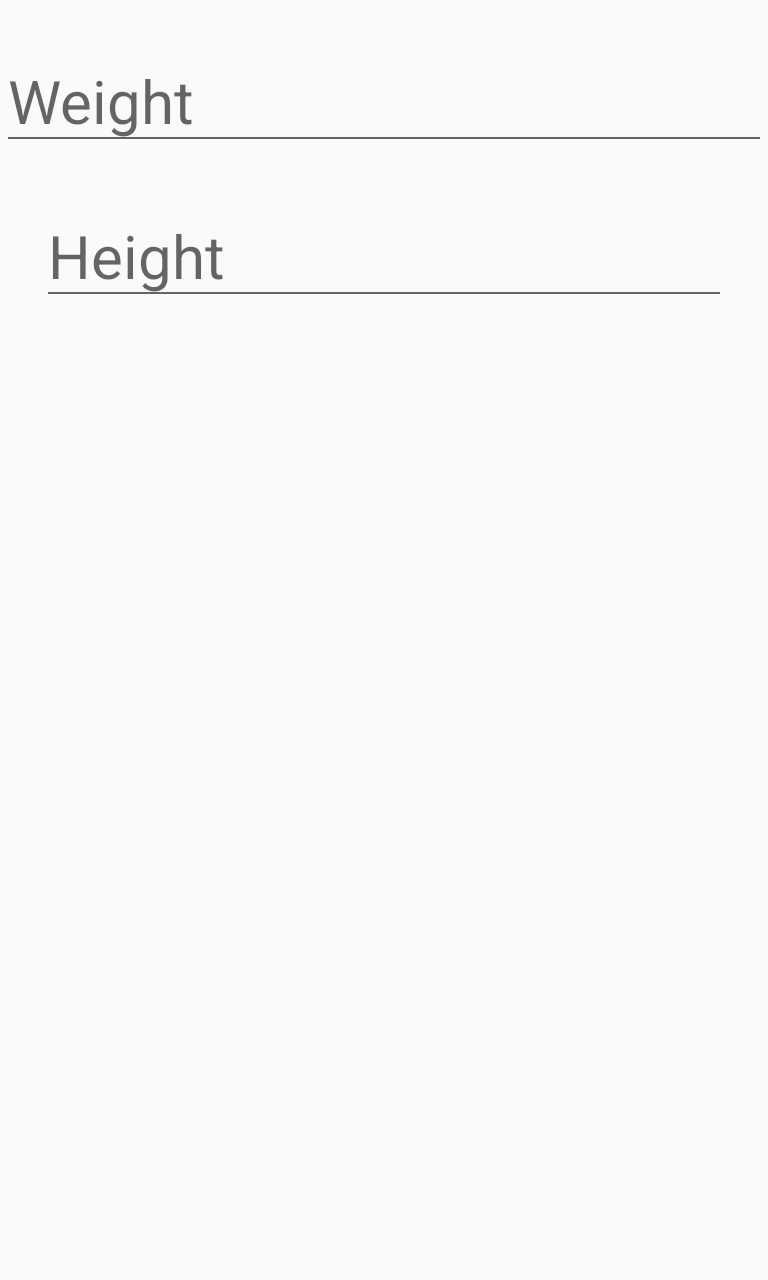
Repository: achavez812/GuatemalaProject2
Layout: GuateMedic-master/GuateMedic/res/layout/fragment_add_new_child_visit1.xml
The author's editor kept a copy of each file at every save. The layout is drawn from the files as they stood at one save, then again after the next save.
It is drawn on a 768 x 1280 px phone screen (xhdpi) without system bars, with theme AppTheme; the app's code is not run.

Above is the layout before, as saved 2014-07-05 04:19:11.

### GuateMedic-master/GuateMedic/res/layout/fragment_add_new_child_visit1.xml
<?xml version="1.0" encoding="utf-8"?>
<LinearLayout xmlns:android="http://schemas.android.com/apk/res/android"
    android:layout_width="match_parent"
    android:layout_height="match_parent"
    android:orientation="vertical" >

	 <EditText
        android:id="@+id/child_visit1_weight"

        android:layout_width="match_parent"
        android:layout_height="wrap_content"
        android:layout_marginTop="20dp"

        android:inputType="number"
        android:textSize="30sp"
        android:hint="Weight"
        />


    <EditText
        android:id="@+id/child_visit1_height"
        android:textSize="30sp"
        android:layout_width="match_parent"
        android:layout_height="wrap_content"
		android:layout_margin="20dp"
		android:inputType="number"
        android:hint="Height"
        android:layout_below="@+id/child_visit1_weight"
        android:layout_centerHorizontal="true"
        />




</LinearLayout>

### GuateMedic-master/GuateMedic/res/values/styles.xml
<resources xmlns:android="http://schemas.android.com/apk/res/android">

    <!--
        Base application theme, dependent on API level. This theme is replaced
        by AppBaseTheme from res/values-vXX/styles.xml on newer devices.
    -->

    <!-- Application theme. -->
    <style name="AppTheme" parent="@style/Theme.AppCompat.Light.DarkActionBar">
        <!-- All customizations that are NOT specific to a particular API-level can go here. -->
    	<item name="android:typeface">sans</item>
        <item name="actionBarStyle">@style/MyActionBar</item>
    	<item name="android:actionBarStyle">@style/MyActionBar</item>
    	<item name="android:actionOverflowButtonStyle">@style/OverFlow</item>
    	<item name="android:popupMenuStyle">@style/MyPopupMenu</item>
    	<item name="popupMenuStyle">@style/MyPopupMenu</item>
        <item name="android:panelBackground">#004d6b</item>
         <item name="android:itemTextAppearance">@style/myCustomMenuTextApearance</item>

    </style>
       <style name="myCustomMenuTextApearance" parent="@android:style/TextAppearance.Widget.IconMenu.Item">
        <item name="android:textColor">#FFFFFF</item>
        <item name="android:textSize">20sp</item>

    </style>
    <style name="MyActionBar" parent="@style/Widget.AppCompat.Light.ActionBar.Solid.Inverse">
        <item name="android:background">#004d6b</item>
        <item name="android:titleTextStyle">@style/TitleText</item>



    </style>

    <style name ="MyPopupMenu" parent="android:Theme.Holo.Light">
        <item name="android:popupBackground">#004d6b</item>
    </style>

    <style name="OverFlow" parent="@android:style/Widget.Holo.ActionButton.Overflow">
    	<item name="android:src">@drawable/ic_action_overflow</item>
	</style>
    <style name="TitleText">
        <item name="android:textColor">#FFFFFF</item>
        <item name="android:typeface">sans</item>
        <item name="android:textSize">30sp</item>

    </style>
	<!--
	<style name="HomePage" parent="AppTheme">
	<item name="android:background"> @drawable/guatemala_home_bg </item>
	</style>
	    -->





</resources>

After the next save:
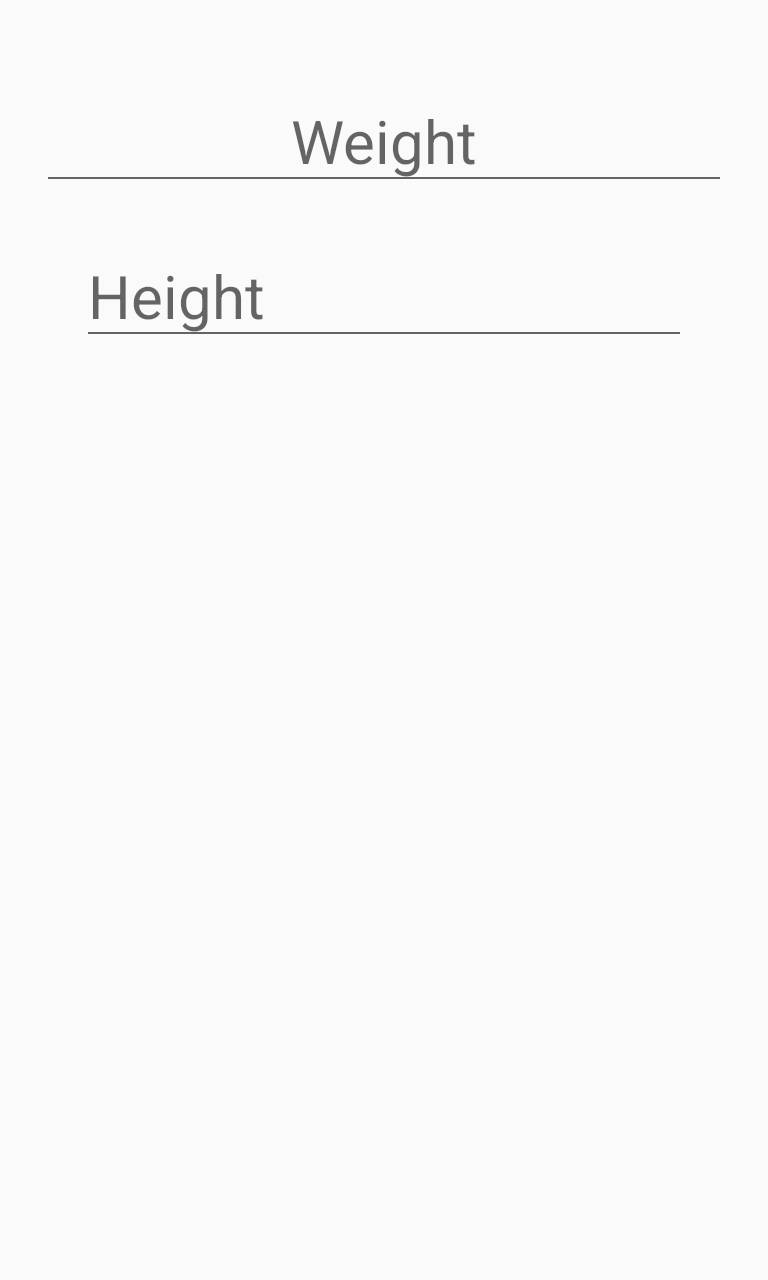
Saved 25 s later.
--- a/GuateMedic-master/GuateMedic/res/layout/fragment_add_new_child_visit1.xml
+++ b/GuateMedic-master/GuateMedic/res/layout/fragment_add_new_child_visit1.xml
@@ -2,15 +2,15 @@
 <LinearLayout xmlns:android="http://schemas.android.com/apk/res/android"
     android:layout_width="match_parent"
     android:layout_height="match_parent"
+    android:padding="20dp"
     android:orientation="vertical" >
 
 	 <EditText
         android:id="@+id/child_visit1_weight"
-
         android:layout_width="match_parent"
         android:layout_height="wrap_content"
+        android:gravity="center"
         android:layout_marginTop="20dp"
-
         android:inputType="number"
         android:textSize="30sp"
         android:hint="Weight"
